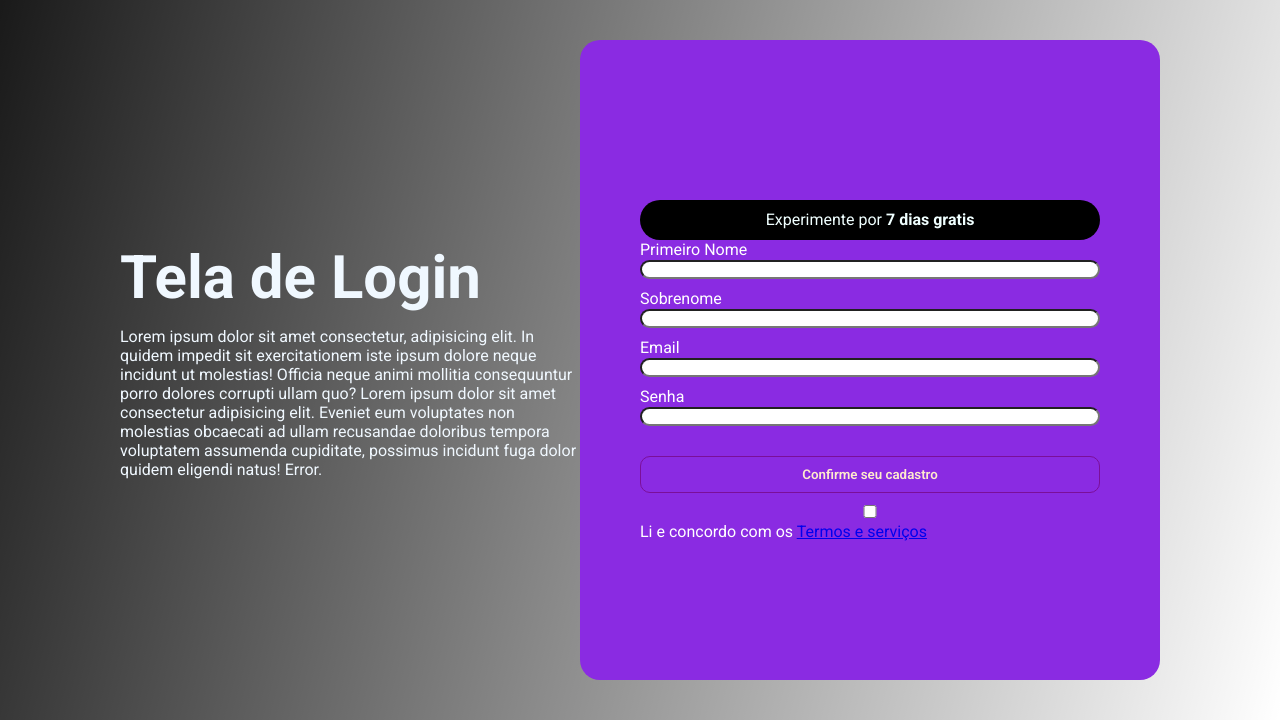
Repository: gimoli/tela-login
Page: index.html
These files come from the project's save history. The page is drawn as it stood at one moment and after a run of saves; the edit follows.
The browser window is 1280 px wide. The pictures show the whole page.

Above is the page before, as saved 2025-04-16 22:26:20.

After the next 4 saves:
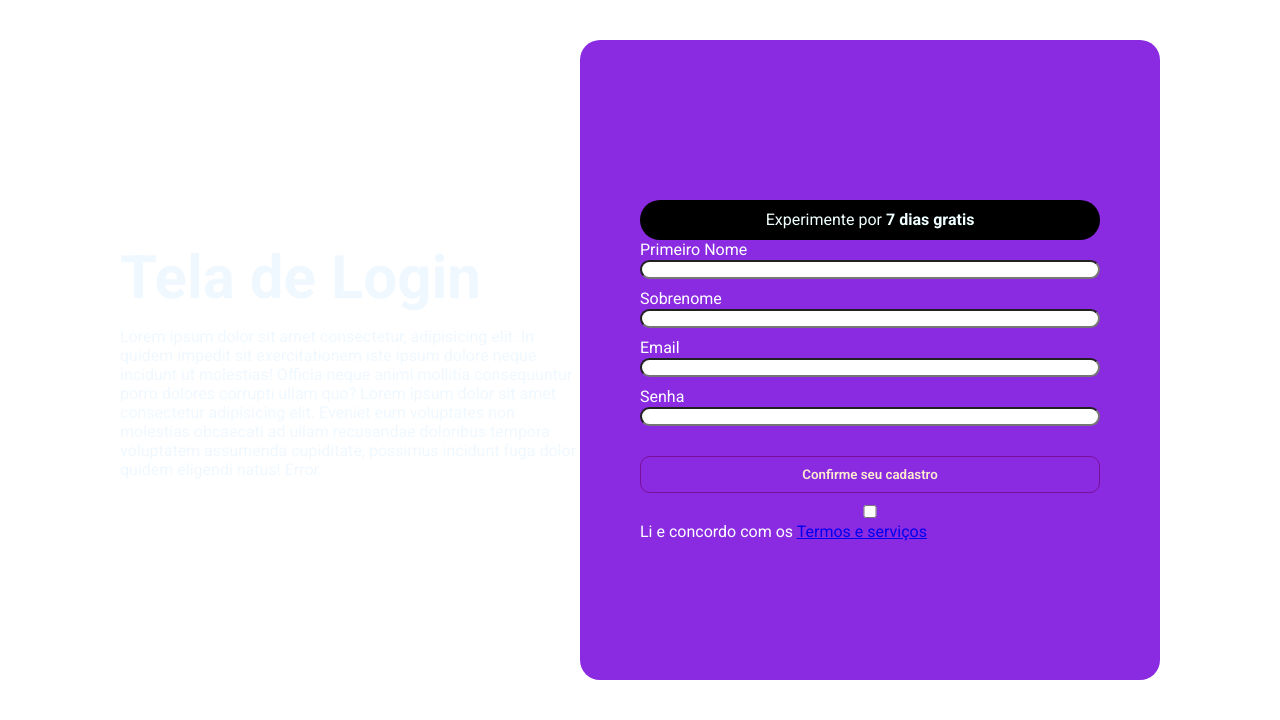
The 4 saves are shown as one change because they came seconds apart.
The last was saved 51 s later.
--- a/style.css
+++ b/style.css
@@ -13,6 +13,7 @@
     height: 100vh;
     z-index: 0;
     padding: 40px 120px;
+    gap: 13px
 
     &::after{
         content: "";

After the save that followed:
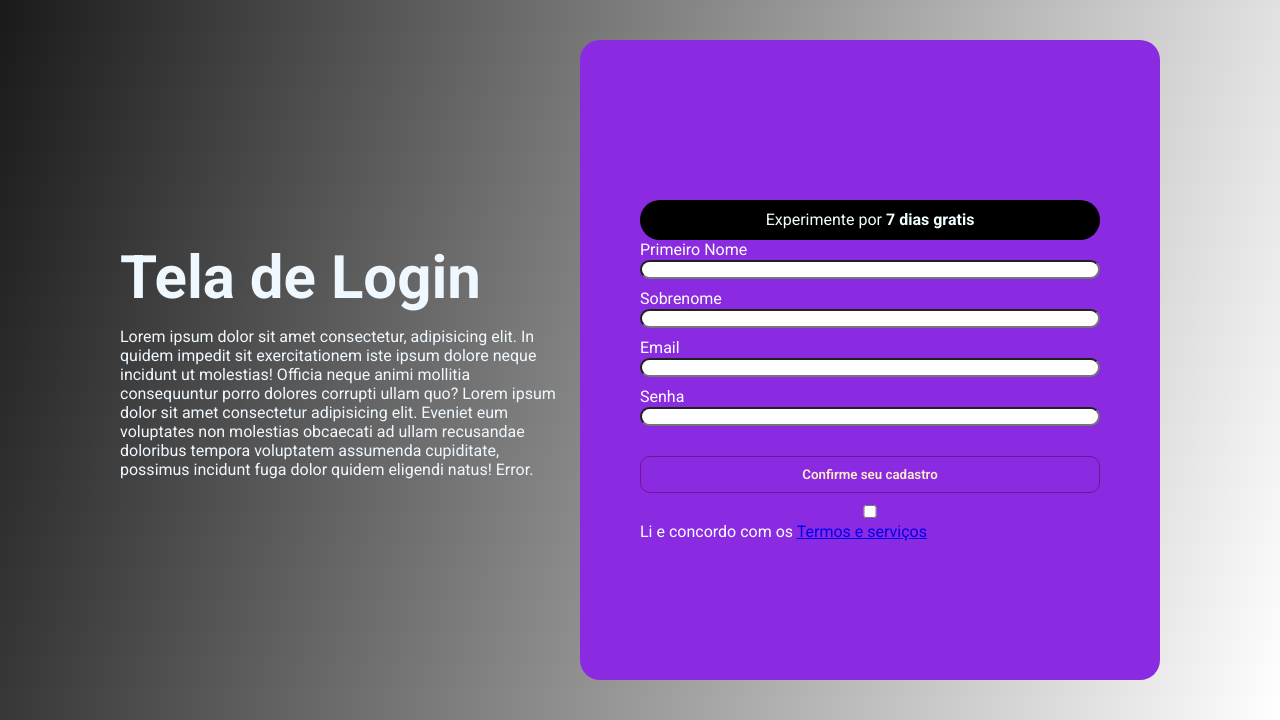
Saved 4 s later.
--- a/style.css
+++ b/style.css
@@ -13,7 +13,7 @@
     height: 100vh;
     z-index: 0;
     padding: 40px 120px;
-    gap: 13px
+    gap: 13px;
 
     &::after{
         content: "";
